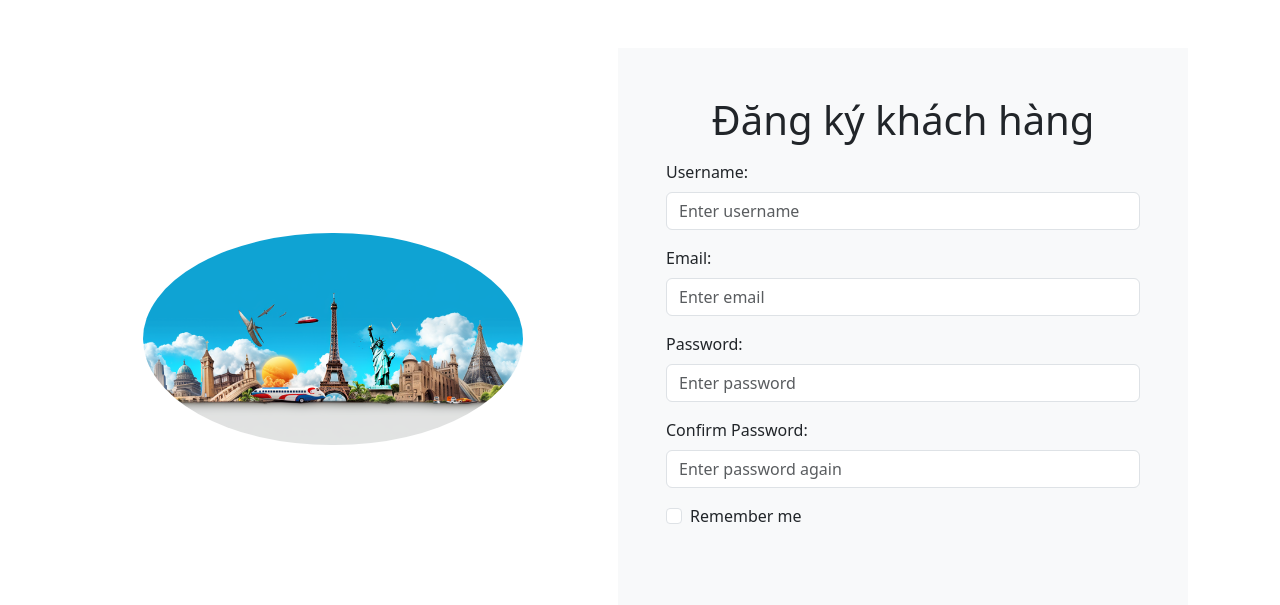
Repository: manhtdxxx/Tour-Booking-Webapp
Page: http://localhost/bookingTour/register.jsp
These files come from the project's save history. The page is drawn as it stood at one moment and after the next save; the edit follows.
The browser window is 1280 px wide. The pictures show the whole page.
The page is served by Tomcat 9.

Above is the page before, as saved 2024-11-07 03:19:02.

After the next save:
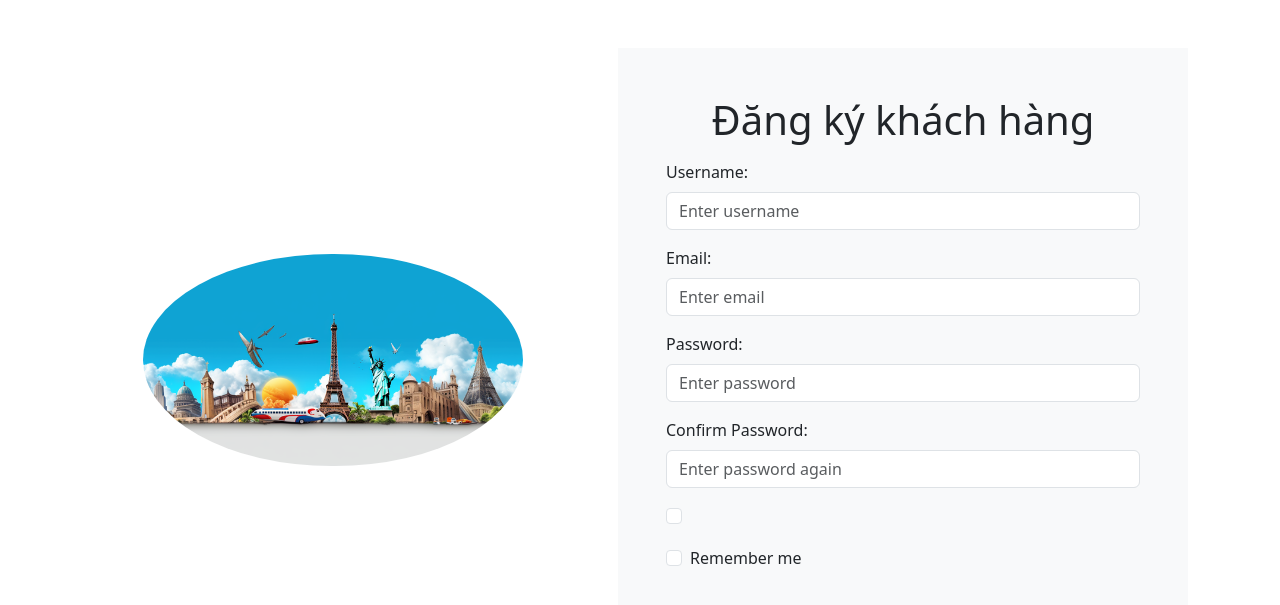
Saved 2 min 30 s later.
--- a/bookingTour/src/main/webapp/register.jsp
+++ b/bookingTour/src/main/webapp/register.jsp
@@ -54,10 +54,15 @@
 					</div>
 					<div class="form-check mb-3">
 						<label class="form-check-label"> <input class="form-check-input" type="checkbox"
+							name="agree">
+						</label>
+					</div>
+					<div class="form-check mb-3">
+						<label class="form-check-label"> <input class="form-check-input" type="checkbox"
 							name="remember"> Remember me
 						</label>
 					</div>
-					<button type="submit" class="btn btn-primary" id="submit" name="submit" style="visibility: hidden;">Submit</button>
+					<button type="submit" class="btn btn-primary" id="submit" style="visibility: hidden;">Submit</button>
 				</form>
 			</div>
 		</div>
